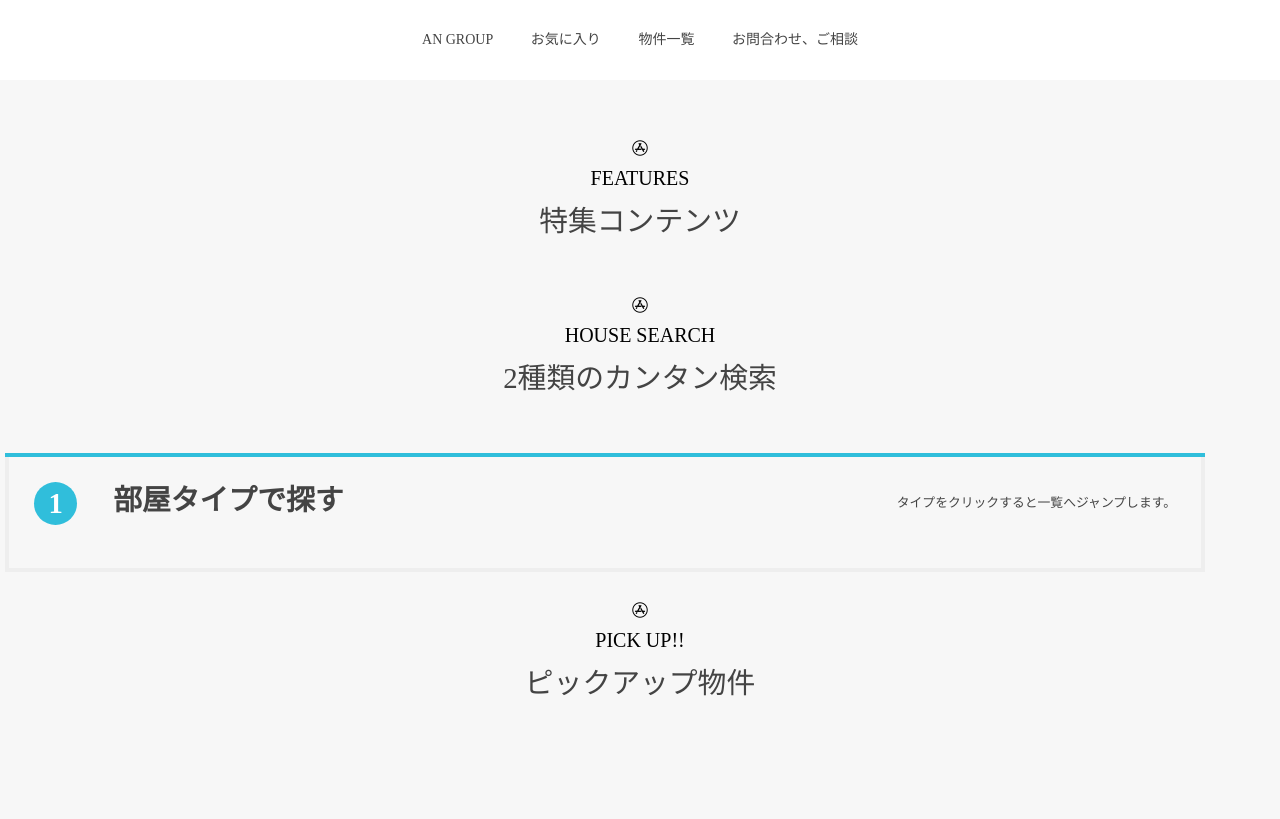
Repository: ninhdavid/real-estate
Page: index.html
An editor plug-in stored every save of this project. The page is shown before and after the next save, followed by the edit.
The browser window is 1280 px wide. The pictures show the whole page.
Some web libraries are served in a nearby version. The style sheet was rebuilt from its Sass, Less or Tailwind sources for each picture, by a compiler version that may differ from the author's.

Above is the page before, as saved 2022-05-10 21:28:17.

After the next save:
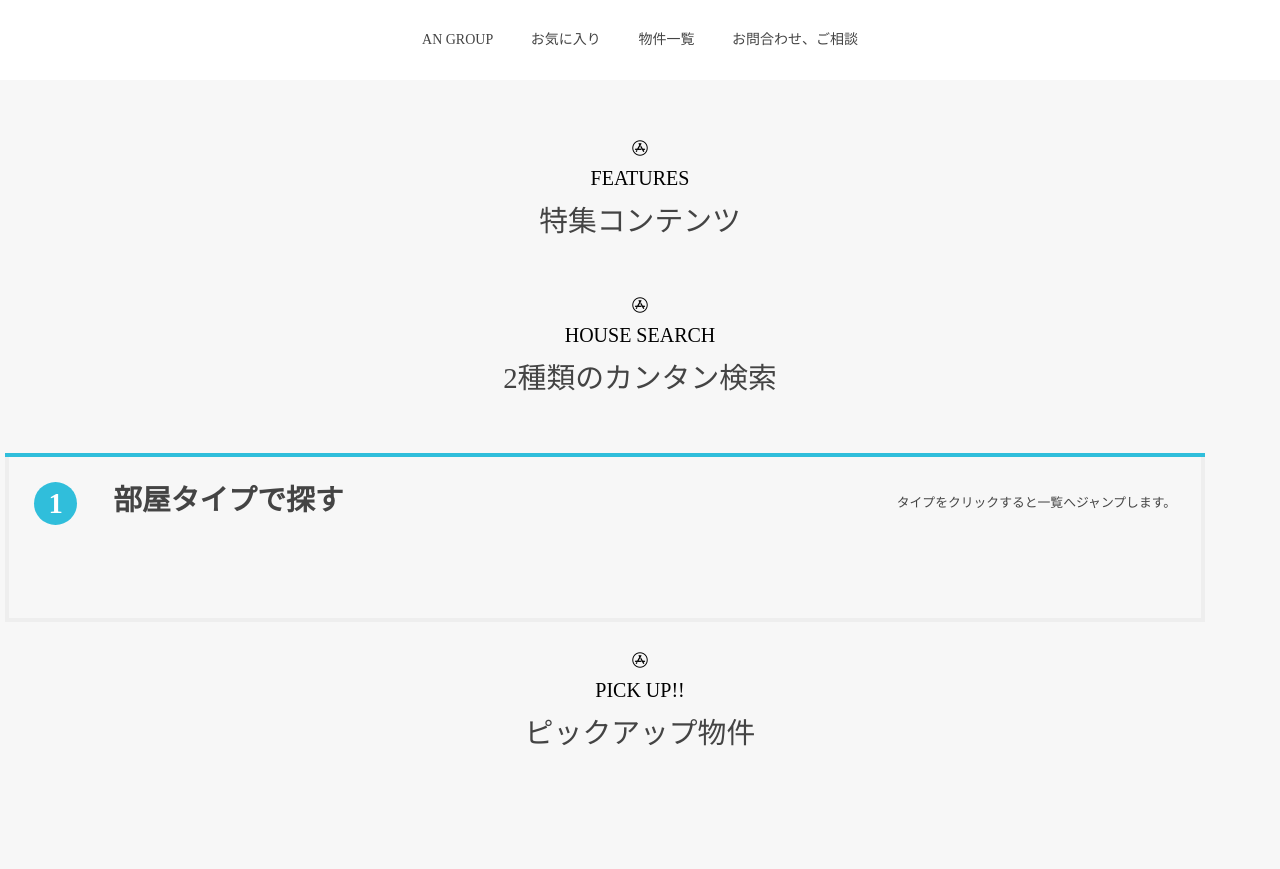
Saved 47 s later.
--- a/css/main.scss
+++ b/css/main.scss
@@ -132,7 +132,7 @@
     color: #444444;
 }
 .tpye-list{
-
+    padding: 25px;
 }
 .list-bg{
 
